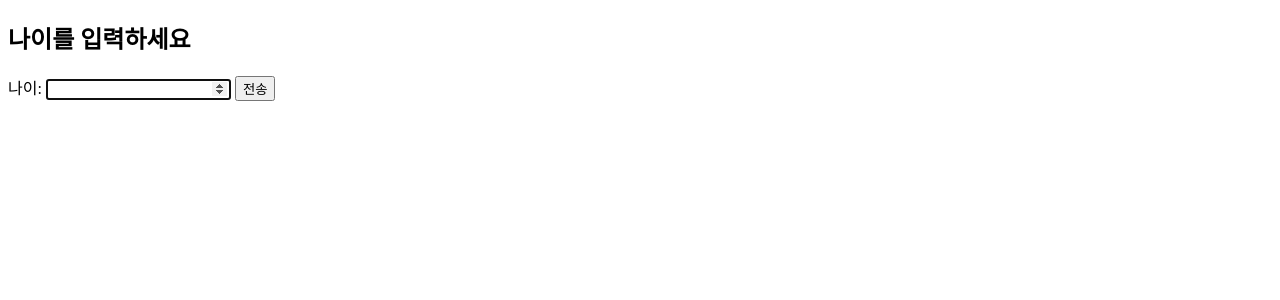
Repository: Tak-kuen/18-2
Page: http://localhost/studyjsp/144-2_infoForm.jsp
These files come from the project's save history. The page is drawn as it stood at one moment and after the next save; the edit follows.
The browser window is 1280 px wide. The pictures show the whole page.
The page is served by Tomcat 9. Other server files are loaded and not shown.

Above is the page before, as saved 2018-09-06 00:15:52.

### code/studyjsp/WebContent/144-2_infoForm.jsp
<%@ page language="java" contentType="text/html; charset=UTF-8"
    pageEncoding="UTF-8"%>
<!DOCTYPE html>
<html>
<head>
<meta charset="UTF-8">
<title>infoForm</title>
</head>
<body>
<h2>나이를 입력하세요</h2>
	<form method="get" action = "146-2_infoTest.jsp">
		<label for="age">나이: </label>
		<input id="age" name="age" type="number" autofocus required>
		<input type="submit" value="전송">
	</form>
</body>
</html>

After the next save:
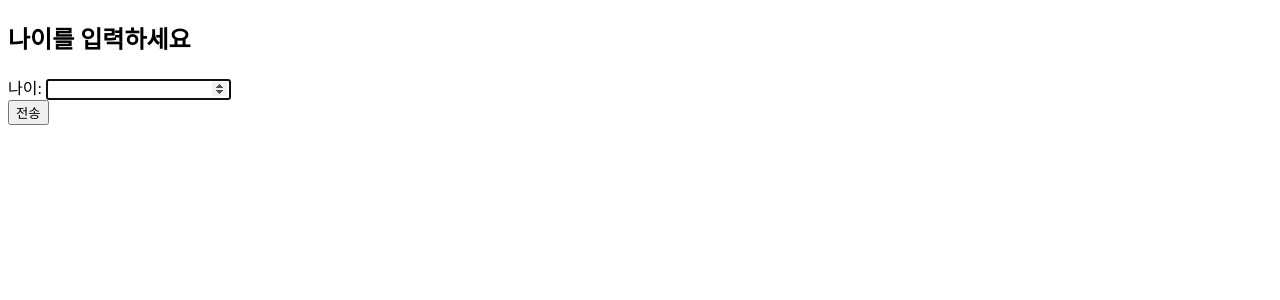
Saved 8 s later.
--- a/code/studyjsp/WebContent/144-2_infoForm.jsp
+++ b/code/studyjsp/WebContent/144-2_infoForm.jsp
@@ -10,7 +10,7 @@
 <h2>나이를 입력하세요</h2>
 	<form method="get" action = "146-2_infoTest.jsp">
 		<label for="age">나이: </label>
-		<input id="age" name="age" type="number" autofocus required>
+		<input id="age" name="age" type="number" autofocus required><br/>
 		<input type="submit" value="전송">
 	</form>
 </body>
